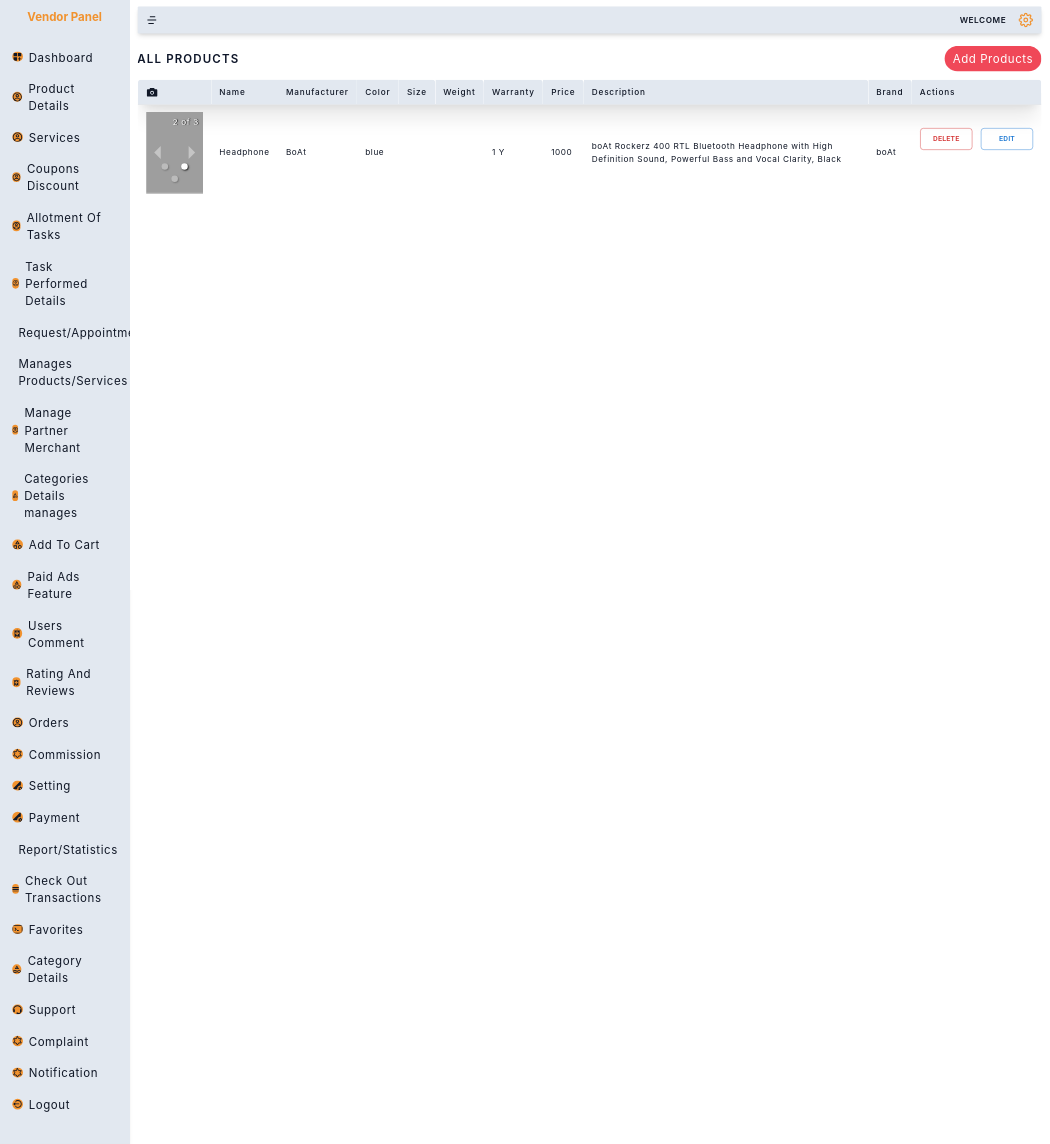
Repository: rohit0915/Mr-Arun-Chauhan-Admin-Panel
Page: /vendorProducts
The author's editor kept a copy of each file at every save. The page is drawn from the files as they stood at one save, then again after the next save.
The browser window is 1280 px wide. The pictures show the whole page, at 82% of full size.
Pictures or frames that could not be fetched are drawn as grey boxes. The page's requests for data from a server got no answer. The project was rebuilt for these pictures with package versions that can differ from the ones it lists, and the page was loaded fresh each time. No one was signed in, and anything a server would have sent is missing. Also part of the build but not shown: src/components/forms/Login.jsx, src/components/layout/Navbar.jsx, src/components/layout/Sidebar.jsx, src/components/layout/HOC.jsx, src/components/pages/Dashboard.jsx, src/components/pages/products/Products.jsx, src/components/pages/categories/Categories.jsx, src/components/pages/subcategories/SubCategories.jsx and 81 more.

Above is the page before, as saved 2022-11-24 15:38:18.

After the next save:
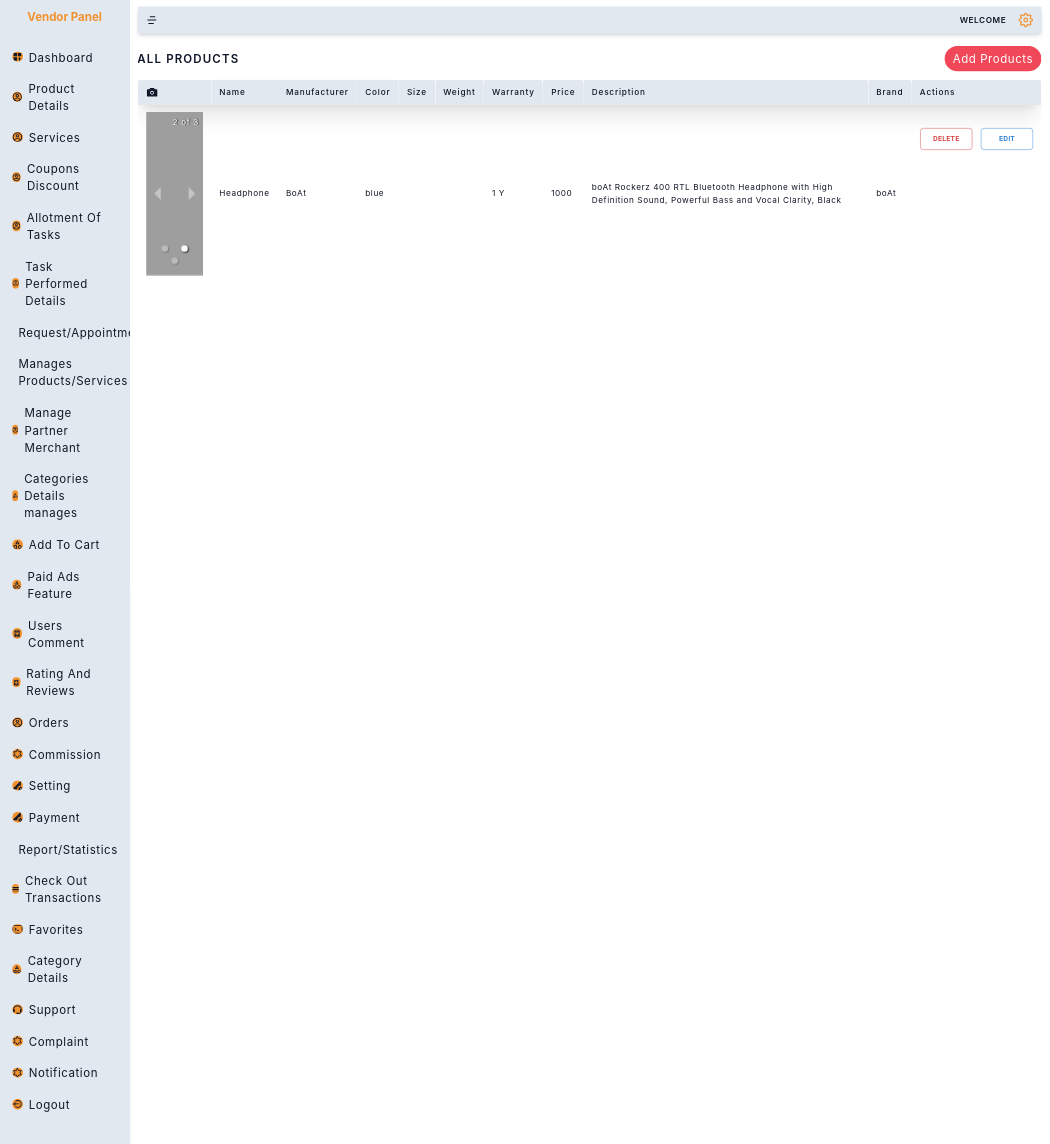
Saved 5 s later.
--- a/src/vendorPanel/components/pages/products/VendorProducts.jsx
+++ b/src/vendorPanel/components/pages/products/VendorProducts.jsx
@@ -538,7 +538,7 @@ const VendorProducts = () => {
                           <img
                             alt="Product"
                             src={g.img}
-                            style={{ width: "500px", height: "100px" }}
+                            style={{ width: "500px", height: "200px" }}
                           />
                         </div>
                       ))}
